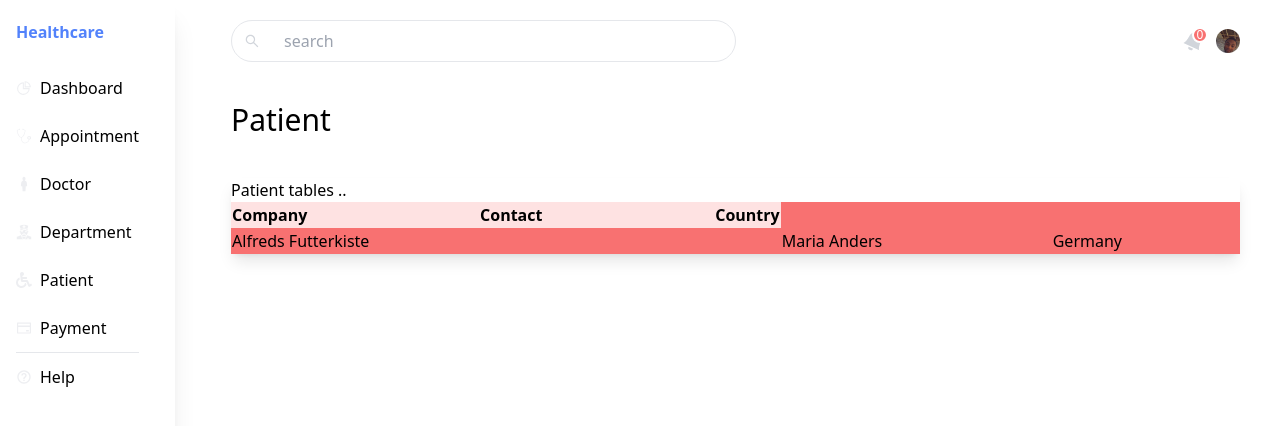
Repository: hisreal123/healthcare-dashboard
Page: /patient
These files come from the project's save history. The page is drawn as it stood at one moment and after a run of saves; the edit follows.
The browser window is 1280 px wide. The pictures show the whole page.
The project was rebuilt for these pictures with package versions that can differ from the ones it lists, and the page was loaded fresh each time. Also part of the build but not shown: vite.config.ts, src/routes/Error.tsx, src/views/Dashboard.tsx, components/tables/AppointementTable.tsx, src/views/Appointment.tsx, src/views/Doctor.tsx, src/views/Department.tsx, src/views/Payment.tsx and 1 more.

Above is the page before, as saved 2023-05-05 19:03:30.

### src/main.tsx
import React from 'react'
import ReactDOM from 'react-dom/client'
import App from './App.tsx'
import './index.css'


ReactDOM.createRoot(document.getElementById('root') as HTMLElement).render(
  <React.StrictMode>
    <App />
  </React.StrictMode>,
)

### src/App.tsx
import React from "react"
import {
  createBrowserRouter,
  RouterProvider,
} from "react-router-dom";
import Navigation from "../components/Navigation";
import Error from "./routes/Error";
import Dashboard from "./views/Dashboard";
import Appointment from "./views/Appointment";
import Doctor from "./views/Doctor";
import Department from "./views/Department";
import Patient from "./views/Patient";
import Payment from "./views/Payment";
import Help from "./views/Help";
import { Provider } from "react-redux";
import store from '../redux/store';

const router = createBrowserRouter([
  {
    path: "/",
    element: <Navigation />,
    errorElement: <Error />,

    children: [
      {
        path: "/dashboard",
        element: <Dashboard />,
      },
      {
        path: "/appointment",
        element: <Appointment />,
      },
      {
        path: "/doctor",
        element: <Doctor />,
      },
      {
        path: "/department",
        element: <Department />,
      },
      {
        path: "/patient",
        element: <Patient />,
      },
      {
        path: "/payment",
        element: <Payment />,
      },
      {
        path: "/help",
        element: <Help />,
      },
    ]

  }
]);



function App() {
  return (
    <Provider store={store}>
      <RouterProvider router={router} />
    </Provider>
  )
}

export default App

### components/Navigation.tsx
import { Outlet } from "react-router-dom";
import { list } from "../src/data/Links";

export default function Navigation() {

    return (
        <>
            <section className="flex space-x-4">
                <div id="sidebar" className="  h-screen shadow-xl group">
                    <div className="px-4 ">

                        {/* logo */}
                        <div >
                            <h1 className="py-5 text-[#5282FB] font-bold">Healthcare</h1>
                        </div>

                        {/* nav */}
                        <nav className="relative pr-5 ">
                            <ul className="relative">
                                {list.map((list, index) => {
                                    return (
                                        <li key={index} className="flex space-x-2 items-center py-3 last:border-t ">
                                            <span className="text-gray-200/70 text-md ">{list.icon}</span>
                                            <a href={`./${list.link}`} className="focus:text-[#5282FB] ">{list.name}</a>
                                        </li>
                                    )
                                })}
                            </ul>
                        </nav>
                    </div>
                </div>
                <div id="detail" className="relative w-full"><Outlet /></div>
            </section>
        </>
    );
}

### src/views/Patient.tsx
import React from 'react'
import ProfileHeader from '../../components/holders/ProfileHeader'
import PatientTable from '../../components/tables/PatientsTable'


export default function Patient() {
    return (
        <>
            <section
                className=" px-10 pt-5 w-full relative">
                <ProfileHeader />

                <main className="div mt-10">
                    <h1 className='lg:text-3xl'> Patient</h1>
                    <PatientTable />
                </main>
            </section>
        </>
    )
}

### redux/store.js
import { configureStore } from "@reduxjs/toolkit";
import AppointmentReducer from "./slices/Appointment";
import patientsReducer from "./slices/Patient";



const store = configureStore({
    reducer : {
        appointments:  AppointmentReducer,
        patients:  patientsReducer,
    }
})


export default store

### src/data/Links.tsx
import { Home, BarChart2 } from 'react-feather';
import { GiStethoscope, GiPerson, GiNurseMale } from 'react-icons/gi'
import { FaWheelchair } from 'react-icons/fa'
import { AiOutlineCreditCard, AiOutlinePieChart } from 'react-icons/ai'
import { BiHelpCircle } from 'react-icons/bi'


type Class  = {
    id: number,
    icon: any,
    name:  string,
    link: string
}


export const list: Class[]= [
    {
        id: 1,
        icon: <AiOutlinePieChart />,
        name: 'Dashboard',
        link: './dashboard',
    },
    {
        id: 2,
        icon: <GiStethoscope />,
        name: 'Appointment',
        link: './Appointment',
    },
    {
        id: 3,
        icon: <GiPerson />,
        name: 'Doctor',
        link: './doctor',
    },
    {
        id: 4,
        icon: <GiNurseMale />,
        name: 'Department',
        link: './department',
    },
    {
        id: 5,
        icon: <FaWheelchair />,
        name: 'Patient',
        link: './patient',
    },
    {
        id: 6,
        icon: <AiOutlineCreditCard />,
        name: 'Payment',
        link: './payment',
    },
    {
        id: 7,
        icon: <BiHelpCircle />,
        name: 'Help',
        link: './help',
    },
]

### components/holders/ProfileHeader.tsx
import React from 'react'
import SearchBar from '../Misc/SearchBar'
import { BsFillBellFill } from 'react-icons/bs'



type ImageWrapperProp = {
    ImageWrapperStyle?: string
}
export const ImageWrapper = ({ ImageWrapperStyle }: ImageWrapperProp) => {
    return (
        <>
            <div className={` ${ImageWrapperStyle} cursor-pointer h-6 w-6 overflow-hidden rounded-full bg-black hover:h-6 hover:w-6`}>
                <img src='./profile.jpg' alt="" className='object-center ' />
            </div>
        </>
    )
}


export default function ProfileHeader() {

    const count = 0
    return (
        <>
            <section className='flex items-center justify-between relative w-full'>

                <SearchBar />

                <div className="right flex  items-center space-x-3">

                    <span className='relative group'>
                        <BsFillBellFill className=" cursor-pointer text-xl text-gray-300 rotate-[25deg] group-hover:text-gray-400" />
                        <span className=" cursor-pointer absolute -top-1 -right-1 text-xs text-white border-2 border-white  bg-red-400  group-hover:bg-red-600 rounded-full h-4 w-4  flex items-center  justify-center">
                            {count}
                        </span>
                    </span>


                    <ImageWrapper ImageWrapperStyle='' />
                </div>
            </section>
        </>
    )
}

### components/tables/PatientsTable.tsx
import React, { Fragment } from 'react'
import { useSelector } from 'react-redux'
import { selectAllPatient } from '../../redux/slices/Patient'
import { ImageWrapper } from '../holders/ProfileHeader'


type PatientTableProps = {
    patientStyle?: string
}


export default function PatientTable({ patientStyle }: PatientTableProps) {

    const patients: any = useSelector(selectAllPatient);
    console.log(patients)


    const PatientList = patients.map((patient: any, index: number) => {
        return (
            <>
                <tr key={index}>
                    <td className='flex item-center space-x-2'>
                        <ImageWrapper />
                        <span>
                            {patient.name}
                        </span>
                    </td>
                    <td>{patient.email}</td>
                    <td>{patient.age}</td>
                    <td>{patient.gender}</td>
                </tr>
            </>
        )
    })



    const PTable = () => {
        return (
            <>
                <table className="relative w-full bg-red-400">
                    <tr className='flex-1 w-full bg-red-100 flex relative justify-between'>
                        <th>Company</th>
                        <th>Contact</th>
                        <th>Country</th>
                    </tr>
                    <tr>
                        <td>Alfreds Futterkiste</td>
                        <td>Maria Anders</td>
                        <td>Germany</td>
                    </tr>
                </table>
            </>
        )
    }


    return (
        <>
            <section className={`${patientStyle} mt-10 bg-white shadow-lg relative`}>
                <h1> Patient tables ..</h1>
                <PTable />
            </section>
        </>
    )
}

### redux/slices/Appointment.js
import { createSlice } from "@reduxjs/toolkit";
import { sub } from "date-fns";

// const GENDER =  'M' || 'F',

// const userType = {
//     id: String,
//     name: String,
//     gender: String,
//     age: Number,
//     email:String
// }


const initialState = [

]



const appointmentsSlice = createSlice({
    name: 'appointments',
    initialState,
    reducers : {
        createAppointment (state, action ){
            state.push(action.payload)
        }
    }
})


export const createAppointment = appointmentsSlice.actions
export default appointmentsSlice.reducer

### redux/slices/Patient.js
import { createSlice } from "@reduxjs/toolkit";

const initialState = [
    {
        id:'1',
        image: '../profile.jpg',
        name: 'Lexis Alexandra',
        gender: 'M',
        age: 34,
        email: 'alex@gmail.com'
    },
    {
        id:'2',
        image: '../profile.jpg',
        name: 'Ronald Richard',
        gender: 'F',
        age: 40,
        email: 'Ronald@outlook.com'
    },
];

const patientsSlice = createSlice({
    name: 'patients',
    initialState,
    reducers: {
        addPatient(state, action) {
            state.push(action.payload);
        },
    },
});

export const selectAllPatient = (state) => state.patients;
export const { addPatient } = patientsSlice.actions;
export default patientsSlice.reducer;

### components/Misc/SearchBar.tsx
import React from 'react'
import { AiOutlineSearch } from 'react-icons/ai'

type SearchProps = {
    SearchStyle?: string
}

export default function SearchBar({ SearchStyle }: SearchProps) {
    const [name, setName] = React.useState('');



    const handleSearchClicked = (e: any) => {
        setName(e.target.value)
        console.log(name)
    }

    const handleFormSearch = (e: any) => {
        e.preventDefault()
        console.log(name)

        setName('')
    }
    return (
        <>
            <div className="search flex rounded-3xl overflow-hidden border items-center  w-1/2 ">
                <form className='flex items-center' onSubmit={handleFormSearch}>
                    <span className='px-3 relative'>
                        <AiOutlineSearch className="text-gray-300" onClick={handleSearchClicked} />
                    </span>
                    <input
                        type="text"
                        placeholder='search'
                        className={`${SearchStyle}  outline-none w-full py-2 pl-3 `}
                        aria-expanded
                        value={name}
                        onChange={handleSearchClicked}
                    />
                </form>
            </div>
        </>
    )
}

### tailwind.config.js
/** @type {import('tailwindcss').Config} */
export default {
   content: [
    "./index.html",
    "./src/**/*.{js,ts,jsx,tsx}",
    "./components/**/*.{js,ts,jsx,tsx}",
  ],
  theme: {
    extend: {},
  },
  plugins: [],
}

Loaded but not shown: index.html (common file); src/index.css (common file)

After the next 2 saves:
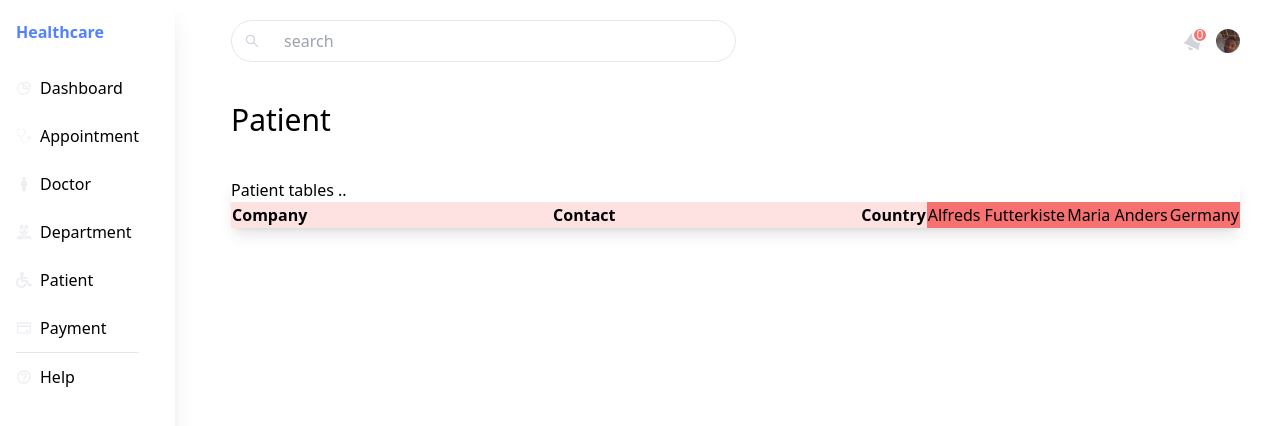
The 2 saves are shown as one change because they came seconds apart.
The last was saved 7 s later.
--- a/components/tables/PatientsTable.tsx
+++ b/components/tables/PatientsTable.tsx
@@ -38,7 +38,7 @@ export default function PatientTable({ patientStyle }: PatientTableProps) {
     const PTable = () => {
         return (
             <>
-                <table className="relative w-full bg-red-400">
+                <table className="relative w-full bg-red-400 inline-flex">
                     <tr className='flex-1 w-full bg-red-100 flex relative justify-between'>
                         <th>Company</th>
                         <th>Contact</th>
